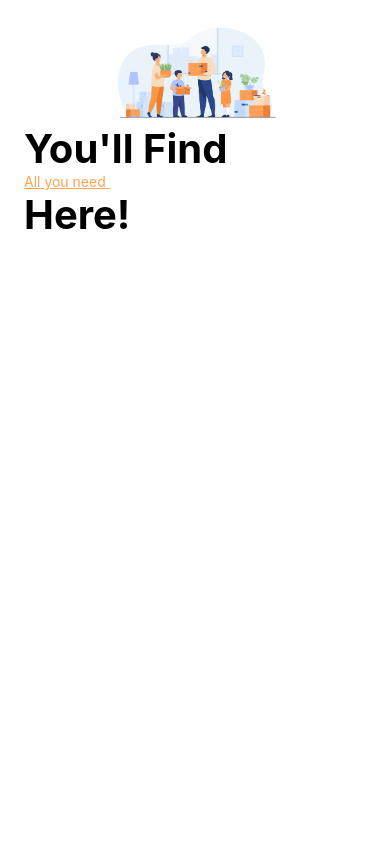
Repository: oscarMyerston/ProjectName
Screen: /
The author's editor kept a copy of each file at every save. The screen is drawn from the files as they stood at one save, then again after the next save.
The app was drawn by React Native's web renderer in a window 390 px wide. The project was rebuilt for these pictures with package versions that can differ from the ones it lists, and the page was loaded fresh each time. Also part of the build but not shown: Chair.js, Table.js.

Above is the screen before, as saved 2024-06-02 19:54:29.

After the next save:
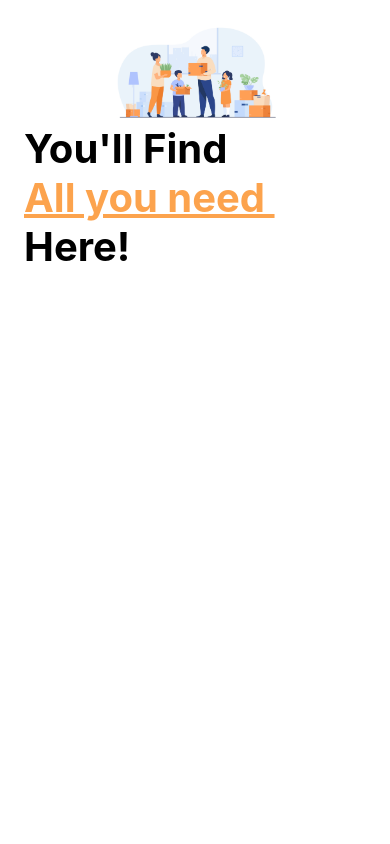
Saved 8 s later.
--- a/src/screen/auth/Splash/index.js
+++ b/src/screen/auth/Splash/index.js
@@ -11,7 +11,7 @@ const Splash = () => {
         source={require('../../../assets/splash_image.png')}
       />
       <Text style={styles.title}>You'll Find</Text>
-      <Text style={[styles.innetTitle]} >All you need </Text>
+      <Text style={[styles.title, styles.innetTitle]} >All you need </Text>
       <Text style={styles.title}>Here!</Text>
 
     </View>,
